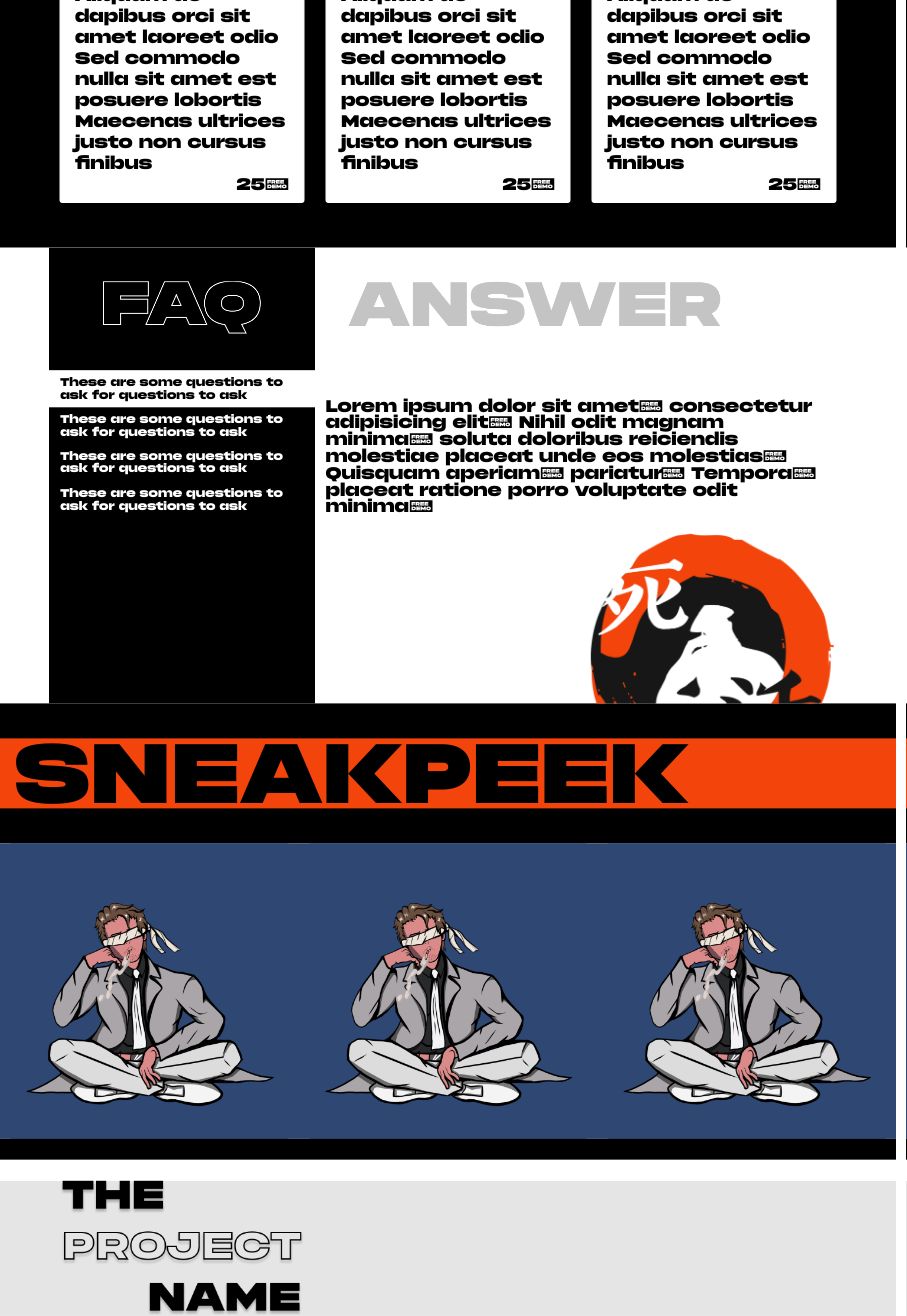
Repository: danishmahmoodawan/Sneakpeak
Page: /
These files come from the project's save history. The page is drawn as it stood at one moment and after the next save; the edit follows.
The browser window is 1280 px wide. The page is 1295 px wide, so the pictures cover 1295 px, including what lies to the right of the window. The pictures show the part of the page from y = 1347 to 3227 px (the page is 3227 px tall), at 70% of full size.
The project was rebuilt for these pictures with package versions that can differ from the ones it lists, and the page was loaded fresh each time.

Above is the page before, as saved 2022-02-28 22:12:02.

### public/index.html
<!DOCTYPE html>
<html lang="en">
  <head>
    <meta charset="utf-8" />
    <meta name="viewport" content="width=device-width, initial-scale=1" />
    <link rel="stylesheet" href="https://cdnjs.cloudflare.com/ajax/libs/twitter-bootstrap/4.6.0/css/bootstrap.min.css">
	<link rel="stylesheet" href="https://cdnjs.cloudflare.com/ajax/libs/font-awesome/5.15.4/css/all.min.css">
	<link rel="stylesheet" href="assets/css/style.css">
	<title>SneakPeak</title>
  </head>
  <body>
    <noscript>You need to enable JavaScript to run this app.</noscript>
    <div id="root"></div>
	<script src="https://cdnjs.cloudflare.com/ajax/libs/jquery/3.5.1/jquery.slim.min.js"></script>
	<script src="https://cdnjs.cloudflare.com/ajax/libs/popper.js/1.16.1/umd/popper.min.js"></script>
  <script src="https://cdnjs.cloudflare.com/ajax/libs/twitter-bootstrap/4.6.0/js/bootstrap.min.js"></script>
  <link rel="stylesheet" href="https://fonts.googleapis.com/css2?family=Inter:wght@100;200;300;400;500;600;700;800;900&display=swap"/>
  <link rel="stylesheet" href="https://fonts.googleapis.com/css2?family=VT323:wght@400&display=swap"/>
  </body>
</html>

### src/App.js
import Home from "./pages/Home";

function App() {
  return (
    <div>
      <Home />
    </div>
  );
}

export default App;

### src/pages/Home.js

import { useState, useEffect } from 'react';
function Home() {

  return (
   <>
 <section className="top_section">
            <div className="container">
                <div className="row">
                    <div className="col-12 text-center top_image">
                        <div className="social_div">
                            <img src="assets/images/ICON_INSTA24.png" alt="ICON_INSTA24" className="desktop_image"/>
                            <img src="assets/images/ICON_MEDIUM25.png" alt="ICON_MEDIUM25" className="desktop_image"/>
                            <img src="assets/images/ICON_OS26.png" alt="ICON_OS26" className="desktop_image"/>
                            <img src="assets/images/ICON_TWITTER27.png" alt="ICON_TWITTER27" className="desktop_image"/>
                            <img src="assets/images/ICON_DISCORD28.png" alt="ICON_DISCORD28" className="desktop_image"/>
                        </div>
                    </div>
                </div>
            </div>
        </section>
        <section className="first_section"></section>

        <section className="second_section">
            <div className="container">
                <div className="row d-flex align-items-center justify-content-center">
                    <div className="col-12 col-md-5 left_sec_col img_col">
                        <div className="row">
                          <div className="col-12 right_inner_sec_col row_set_whi">
                                <div className="row">
                                    <div className="col-4 col_white">
                                        <p>PRICE</p>
                                    </div>
                                    <div className="col-8 col_black">
                                        <p>0.15 Ξ</p>
                                    </div>
                                </div>
                                <div className="row">
                                    <div className="col-4 col_white">
                                        <p>TOTAL</p>
                                    </div>
                                    <div className="col-8 col_black">
                                        <p>1125 / 3333</p>
                                    </div>
                                </div>
                                <div className="row">
                                    <div className="col-4 col_white">
                                        <p>LIMIT</p>
                                    </div>
                                    <div className="col-8 col_black">
                                        <p>5 PER TX</p>
                                    </div>
                                </div>
                            </div>
                        </div>

                    </div>
                    <div className="col-12 col-md-2 left_sec_col text-center">
                        <div className="row"><div className="col-12 icon_size p-0"> <a href="#" target={{target:"_blank"}}> <svg xmlns="http://www.w3.org/2000/svg" width="50" height="40" fill="currentColor" class="bi bi-chevron-compact-up" viewBox="0 0 16 16">
  <path fill-rule="evenodd" d="M7.776 5.553a.5.5 0 0 1 .448 0l6 3a.5.5 0 1 1-.448.894L8 6.56 2.224 9.447a.5.5 0 1 1-.448-.894l6-3z"/>
</svg></a></div>
 </div>
                        <div className="row"><div className="col-12 icon_size p-0"><span class="counts"> 5 </span></div> </div>
                        <div className="row"><div className="col-12 icon_size p-0"><a href="#" target={{target:"_blank"}}> <svg xmlns="http://www.w3.org/2000/svg" width="50" height="40" fill="currentColor" class="bi bi-chevron-compact-down" viewBox="0 0 16 16">
  <path fill-rule="evenodd" d="M1.553 6.776a.5.5 0 0 1 .67-.223L8 9.44l5.776-2.888a.5.5 0 1 1 .448.894l-6 3a.5.5 0 0 1-.448 0l-6-3a.5.5 0 0 1-.223-.67z"/>
</svg></a></div>
 </div>
                    </div>
                    <div className="col-12 col-md-2 mintbtns right_col">
                    <button classname=" m-2">MINT <br /> NOW</button>
                    </div>
                </div>
            </div>
        </section>

        <section className="third_section roadmapSec">
            <div className="container">
                <div className="row third_row">
                <div className="col-12 "><h1>ROADMAP</h1></div>
                 </div>
                 <div className="row set_map">
                 <div className="col-sm-12 col-md-4">
                 <div className="btn map_one maptwo btn-primary position-relative">
             <p>    Lorem ipsum dolor sit amet consectetur adipiscing elit Aliquam ac dapibus orci sit amet laoreet odio Sed commodo nulla sit amet est posuere lobortis Maecenas ultrices justo non cursus finibus </p>
  <span class="position-absolute top-0 start-100 translate-middle badge rounded-pill set_ict">
  <img src="assets/images/01.png" alt="PREVIEW_Artboard321293" className="desktop122_image" />
  </span>
  <p className="text-right">25%</p>
</div>
                 </div>
                 <div className="col-sm-12 col-md-4">
                 <div className="btn map_one maptwo btn-primary position-relative">
             <p>    Lorem ipsum dolor sit amet consectetur adipiscing elit Aliquam ac dapibus orci sit amet laoreet odio Sed commodo nulla sit amet est posuere lobortis Maecenas ultrices justo non cursus finibus </p>
  <span class="position-absolute top-0 start-100 translate-middle badge rounded-pill set_ict">
  <img src="assets/images/02.png" alt="PREVIEW_Artboard321293" className="desktop122_image" />
  </span>
  <p className="text-right">25%</p>
</div>
                 </div>
                 <div className="col-sm-12 col-md-4">
                 <div className="btn map_one maptwo btn-primary position-relative">
             <p>    Lorem ipsum dolor sit amet consectetur adipiscing elit Aliquam ac dapibus orci sit amet laoreet odio Sed commodo nulla sit amet est posuere lobortis Maecenas ultrices justo non cursus finibus </p>
  <span class="position-absolute top-0 start-100 translate-middle badge rounded-pill set_ict">
  <img src="assets/images/03.png" alt="PREVIEW_Artboard321293" className="desktop122_image" />
  </span>
  <p className="text-right">25%</p>
</div>
                 </div>
                 </div>
             </div>
        </section>
        <section className="forth_section faq_container">
            <div className="container">
            <div className="row">
            <div className="col-4 faq_col p-5">
            <img src="assets/images/faq.png" alt="PREVIEW_Artboard321293" className="desktop122_image" />
</div>
            <div className="col-8 p-5">
            <img src="assets/images/answer.png" alt="PREVIEW_Artboard321293" className="desktop122_image" />
            </div>
            </div>



<div className="row">
<div className="col-md-4 bg_link faq_tabss p-0">

    <ul className="nav md-pills pills-secondary d-flex flex-column">
      <li className="nav-item">
        <a className="nav-link active" data-toggle="tab" href="#panel11" role="tab">These are some questions to ask for questions to ask</a>
      </li>
      <li className="nav-item">
        <a className="nav-link" data-toggle="tab" href="#panel12" role="tab">These are some questions to ask for questions to ask</a>
      </li>
      <li className="nav-item">
        <a className="nav-link" data-toggle="tab" href="#panel13" role="tab">These are some questions to ask for questions to ask</a>
      </li>
      <li className="nav-item">
        <a className="nav-link" data-toggle="tab" href="#panel14" role="tab">These are some questions to ask for questions to ask</a>
      </li>
    </ul>

  </div>
  <div className="col-md-8 logo_ns">

    <div className="tab-content pt-0">

      <div className="tab-pane fade in show active" id="panel11" role="tabpanel">
        <br />

        <p>Lorem ipsum dolor sit amet, consectetur adipisicing elit. Nihil odit magnam minima, soluta doloribus
          reiciendis molestiae placeat unde eos molestias. Quisquam aperiam, pariatur. Tempora, placeat ratione
          porro voluptate odit minima.</p>
          <img src="assets/images/logo_set.png" alt="LOGO" className="desktop122_image" />


      </div>
      <div className="tab-pane fade" id="panel12" role="tabpanel">
        <br />

        <p>Lorem ipsum dolor sit amet, consectetur adipisicing elit. Nihil odit magnam minima, soluta doloribus
          reiciendis molestiae placeat unde eos molestias. Quisquam aperiam, pariatur. Tempora, placeat ratione
          porro voluptate odit minima.</p>
        <p>Lorem ipsum dolor sit amet, consectetur adipisicing elit. Nihil odit magnam minima, soluta doloribus
          reiciendis molestiae placeat unde eos molestias. Quisquam aperiam, pariatur. Tempora, placeat ratione
          porro voluptate odit minima.</p>

      </div>
      <div className="tab-pane fade" id="panel13" role="tabpanel">
        <br />

        <p>Lorem ipsum dolor sit amet, consectetur adipisicing elit. Nihil odit magnam minima, soluta doloribus
          reiciendis molestiae placeat unde eos molestias. Quisquam aperiam, pariatur. Tempora, placeat ratione
          porro voluptate odit minima.</p>
          <img src="assets/images/logo_set.png" alt="LOGO" className="desktop122_image" />


      </div>
      <div className="tab-pane fade" id="panel14" role="tabpanel">
        <br />

        <p>Lorem ipsum dolor sit amet, consectetur adipisicing elit. Nihil odit magnam minima, soluta doloribus
          reiciendis molestiae placeat unde eos molestias. Quisquam aperiam, pariatur. Tempora, placeat ratione
          porro voluptate odit minima.</p>
        <p>Lorem ipsum dolor sit amet, consectetur adipisicing elit. Nihil odit magnam minima, soluta doloribus
          reiciendis molestiae placeat unde eos molestias. Quisquam aperiam, pariatur. Tempora, placeat ratione
          porro voluptate odit minima.</p>

      </div>


    </div>


</div>

</div>
</div>


        </section>

        <section className="fifth_section">
            <div className="container-fluid fifth_container">
            <div className="row"><div className="col-12">
                <h2 className="road_map">SNEAKPEEK</h2>
            </div></div></div>
        </section>
        <section className="six_section">
            <div className="container-fluid">
            <div className="row">
            <div className="col-4">
            <img src="assets/images/char_img.png" alt="char_img" className="desktop122_image" />
            </div>
            <div className="col-4">
            <img src="assets/images/char_img.png" alt="char_img" className="desktop122_image" />
            </div>
            <div className="col-4">
            <img src="assets/images/char_img.png" alt="char_img" className="desktop122_image" />
            </div>

            </div>
            </div>
        </section>
        <section>
        <div className="row">
            <div className="col-12">
            <div class="empty_div"> </div>
            </div>
            <div className="col-12">
            <div class="empty_divs"> </div>
            </div>
            </div>
        </section>
        <section className="section_seven">
        <div className="container">
        <div className="row">
            <div className="col-4 ">
            <img src="assets/images/project_name.png" alt="char_img" className="desktop122_image" />
            </div>
            </div>
            </div>
        </section>

	</>
  );
}

export default Home;

### public/assets/css/style.css
html {
  font-family: Inter;
  font-size: 16px;
}
@font-face {
  font-family: 'Phonk-cont';
  src: url('../fonts/Phonk-ContrastDEMO.ttf');
}
@font-face {
  font-family: 'Phonk-regular';
  src: url('../fonts/Phonk-ReguularDEMO.ttf');
}
body {
  font-weight: 400;
  font-style:normal;
  text-decoration: none;
  text-transform: none;
  letter-spacing: normal;
  line-height: 1.15;
  color: var(--dl-color-gray-black);
  background-color: var(--dl-color-gray-white);
}
p{
  margin-bottom: 0px;
  font-family: Phonk-cont;
  font-size: 24px;
  font-style: normal;
  font-weight: 400;
  line-height: 24px;
  letter-spacing: 0em;
  text-align: left;
  color:#FFF
}
h2{
  font-family: 'Phonk-cont';
  font-style: normal;
  font-weight: normal;
  font-size: 72px;
  line-height: 72px;
  color: #FFFFFF;
  text-align: center;
  margin-bottom: 0;
}
:root {
  --dl-color-gray-500: #595959;
  --dl-color-gray-700: #999999;
  --dl-color-gray-900: #D9D9D9;
  --dl-size-size-large: 144px;
  --dl-size-size-small: 48px;
  --dl-color-danger-300: #A22020;
  --dl-color-danger-500: #BF2626;
  --dl-color-danger-700: #E14747;
  --dl-color-gray-black: #000000;
  --dl-color-gray-white: #FFFFFF;
  --dl-size-size-medium: 96px;
  --dl-size-size-xlarge: 192px;
  --dl-size-size-xsmall: 16px;
  --dl-space-space-unit: 16px;
  --dl-color-primary-100: #003EB3;
  --dl-color-primary-300: #0074F0;
  --dl-color-primary-500: #14A9FF;
  --dl-color-primary-700: #85DCFF;
  --dl-color-success-300: #199033;
  --dl-color-success-500: #32A94C;
  --dl-color-success-700: #4CC366;
  --dl-size-size-xxlarge: 288px;
  --dl-size-size-maxwidth: 1400px;
  --dl-radius-radius-round: 50%;
  --dl-space-space-halfunit: 8px;
  --dl-space-space-sixunits: 96px;
  --dl-space-space-twounits: 32px;
  --dl-radius-radius-radius2: 2px;
  --dl-radius-radius-radius4: 4px;
  --dl-radius-radius-radius8: 8px;
  --dl-space-space-fiveunits: 80px;
  --dl-space-space-fourunits: 64px;
  --dl-space-space-threeunits: 48px;
  --dl-space-space-oneandhalfunits: 24px;
}

.desktop122_image{
  width: 100%;
}
/* css start */
.top_section{
  background-color: #222222;
  padding: 10px;
}
.empty_div{
height: 30px;
background: #000;
}
.empty_divs{
height: 30px;
background: white;
}
.section_seven{
background:#E5E5E5;
}
.section_seven img{
background
}
.top_content .button{
  font-family: VT323;
  font-style: normal;
  font-weight: normal;
  font-size: 16px;
  line-height: 16px;
  color: #222222;
}
.first_section{
  background-image: url('images/banner_home.png');
  background-repeat: no-repeat;
  background-size: cover;
  height: 100vh;
  background-position: center;
}
.second_section{
  background-image: url('images/aksc.png');
    background-repeat: no-repeat;
    background-size: inherit;
    background-position: center;
    margin: -30px;
    width: 100%;
}
.third_row h1{
  font-family: Phonk-cont;
  font-style: normal;
  font-weight: 600;
  font-size: 100px;
  text-align: center;
  color: white;
}
.col_white p{
  color: #fff;
  padding: 8px 0;
  text-align: center;
}

.col_black p{
  color: #F3440B;
  padding: 8px 0;
  text-align: right;
}
.img_col{
  padding: 32px 20px !important;
}
.mintbtns button{
  background: #F3440B;
border-radius: 10px;
color: white;
padding: 44px 25px;
font-family: Phonk-cont;
font-weight: 600;
font-size: 36px;
line-height: 46px;
border-color: #F3440B;
}
.mintbtns button:hover{
  background: #bc350a;
}
.counts{
  font-family: Phonk-cont;
  font-style: normal;
  font-weight: 600;
  font-size: 55px;
  color: white;
}
.icon_size{
color: white;
}
.icon_size a{
  color: white;
}
.icon_size a:hover{
  color: #F3440B;
}
.second_section .row{
  align-items: center;
}
.left_sec_col{
  background-color: #000;
  padding: 20px 15px;
  border-radius: 10px;
  margin-left: 10px;
  margin-right: 10px;
}
.second_section .right_sec_col p{
  padding-left: 30px;
}
.pluss_minus_row{
  padding: 40px;
}
.second_section a.button{
  background: linear-gradient(90.9deg, #35A9AD 0%, #9D4DB1 100%);
  color: #FFF;
  font-family: VT323;
  display: block;
  text-decoration: none;
  max-width: 370px;
  margin: 0 auto;
  margin-top: 30px;
  cursor: pointer;
}
.map_one{
  background: #444444;
  border: 2px solid #FFFFFF;
box-sizing: border-box;
padding: 35px 20px 10px 20px;
margin-top: 16%;
}
.roadmapSec{
padding: 5% 0;
}
.maptwo{
  background: white;
}
.maptwo p{
  color: #000;
}
.forth_section img{
width: 80%;
}
.map_one p{
  line-height: 30px;
}
.maptwo .badge{
top: -118px !important;
}
.maptwo img{
  width: 82%;
}
.map_one .badge{
  top: -90px;
  right: -19px;

}
.set_ict{
  font-family: Phonk-cont;
  font-style: normal;
  font-weight: 600;
  font-size: 100px;
  text-align: center;
  color: white;
}
.map_one:hover{
  background: #444444;
  border: 2px solid #FFFFFF;
}
.maptwo:hover{
  background: white;
}
.map_one:active, .map_one:focus{
  background-color: #444444 !important;
  box-shadow: none !important;
  border-color: #fff !important;
}
.map_two:active, .map_two:focus{
  background-color: white !important;
  box-shadow: none !important;
  border-color: #fff !important;
}
.map_one:not(:disabled):not(.disabled){
  cursor: auto;
}
p.sol{
  color: rgba(34, 34, 34, 0.5);
  text-align: center;
  padding-top: 8px;
}
.third_section{
  background-color: black;
  padding-top: 7%;
}
.faq_container{
  background: white;
}
.faq_container h2{
  padding: 0 30px;

}
.faq_col{
background: black;
display: block;
text-align: center;
}
.bg_link{
  background: black;
}

.forth_left_col{
  background-color: #222222;
}
.forth_section p{
  margin: 20px 0;
  color: black;
}
.logo_ns img{
width: 50%;
float: right;
}
.forth_left_col p{
  background-color: #111111;
  color: #FFF;
  padding: 10px 20px;
}
.forth_right_col{
  padding-left: 100px;
}
.forth_right_col p{
  color: #111111;
}
.fifth_section{
  background: black;
  padding: 50px 0;
}
.fifth_section .container:not(:last-child) {
  background: #C4C4C4;
  max-width: 900px;
  margin: 0 auto;
  padding: 50px 30px 100px;
}

.fifth_section h2.road_map{
  font-size: 120px;
  line-height: 60px;
color:black;
text-align: left;
}
.fifth_section p{
  color: #111111;
}
.fifth_container{
background: #F3440B;
padding: 20px;
}
.six_section{
background: #2f4773;
}
.fifth_left_col{
  background-color: #FFF;
  border-right: 8px solid rgba(17, 17, 17, 0.5);
  border-bottom: 8px solid rgba(17, 17, 17, 0.5);
}
.fifth_left_col h2{
  font-size: 100px;
  line-height: 100px;
  color: #000000;
  padding: 20px;
}
.fifth_last_row .fifth_left_col{
  background: linear-gradient(90.9deg, #35A9AD 0%, #9D4DB1 100%);
  border-right: 8px solid rgba(255, 255, 255, 0.5);
  border-bottom: 8px solid rgba(255, 255, 255, 0.5);
}
.fifth_last_row .fifth_left_col h2{
  color: #FFF;
}
.logo_container{
  background-color: #FFF;
}
/* FAQ Start */
.faq_tabss a{
color: white;
font-family: Phonk-cont;
}
.faq_tabss .active{
background: white;
color: black;
}
/* FAQ STart */
/* media query */
@media only screen and (min-width: 1025px) {

}
@media only screen and (max-width: 1024px) and (min-width: 992px) {

  .first_section{
    height: 26vh;
    background-size: contain;
  }
  .right_third_col{
    background-size: cover;
  }
}

@media only screen and (max-width: 992px) and (min-width: 768px) {
  .first_section{
    height: 26vh;
  }
  .pluss_minus_row{
    padding: 25px;
  }
  .col_white p ,.col_black p{
    font-size: 18px;
  }
  .right_third_col{
    background-size: cover;
  }
}
@media only screen and (max-width: 767px) {
  h2{
    font-size: 36px;
    line-height: 42px;
  }

  .first_section {
    background-size: contain;
    height: 160px;
  }
  .top_section .col-6{
padding: 0;
  }
  .right_sec_col{
    padding-top: 30px;
  }
  .second_section p{
    padding: 0 25px;
    text-align: center;
  }
  .row_set_whi{
    margin: 10px -25px;
  }
  .footer_row .col_ew{
display: none;
  }
  .faq_container{
    padding: 35px 0 30px;
  }
  .right_third_col .container{
    position: initial
  }
  .right_third_col .container .row{
    margin-top: 20px;
  }
  .right_third_col a{
    margin-bottom: 10px;
  }
  .forth_right_col{
    padding: 0 15px ;
  }
  .forth_section{
    padding-bottom: 40px;
  }
  .fifth_section p{
    margin-top: 20px;
  }
  .fifth_section .container:not(:last-child){
    padding-bottom: 40px;
  }
  body, html{
    overflow-x: hidden;
  }
}

@media only screen and (max-width: 767px) and (min-width: 540px) {
  .first_section{
    height: 33vh;
    background-size: contain;
  }
}

Loaded but not shown: src/index.js (common file); src/index.css (common file); src/reportWebVitals.js (common file)

After the next save:
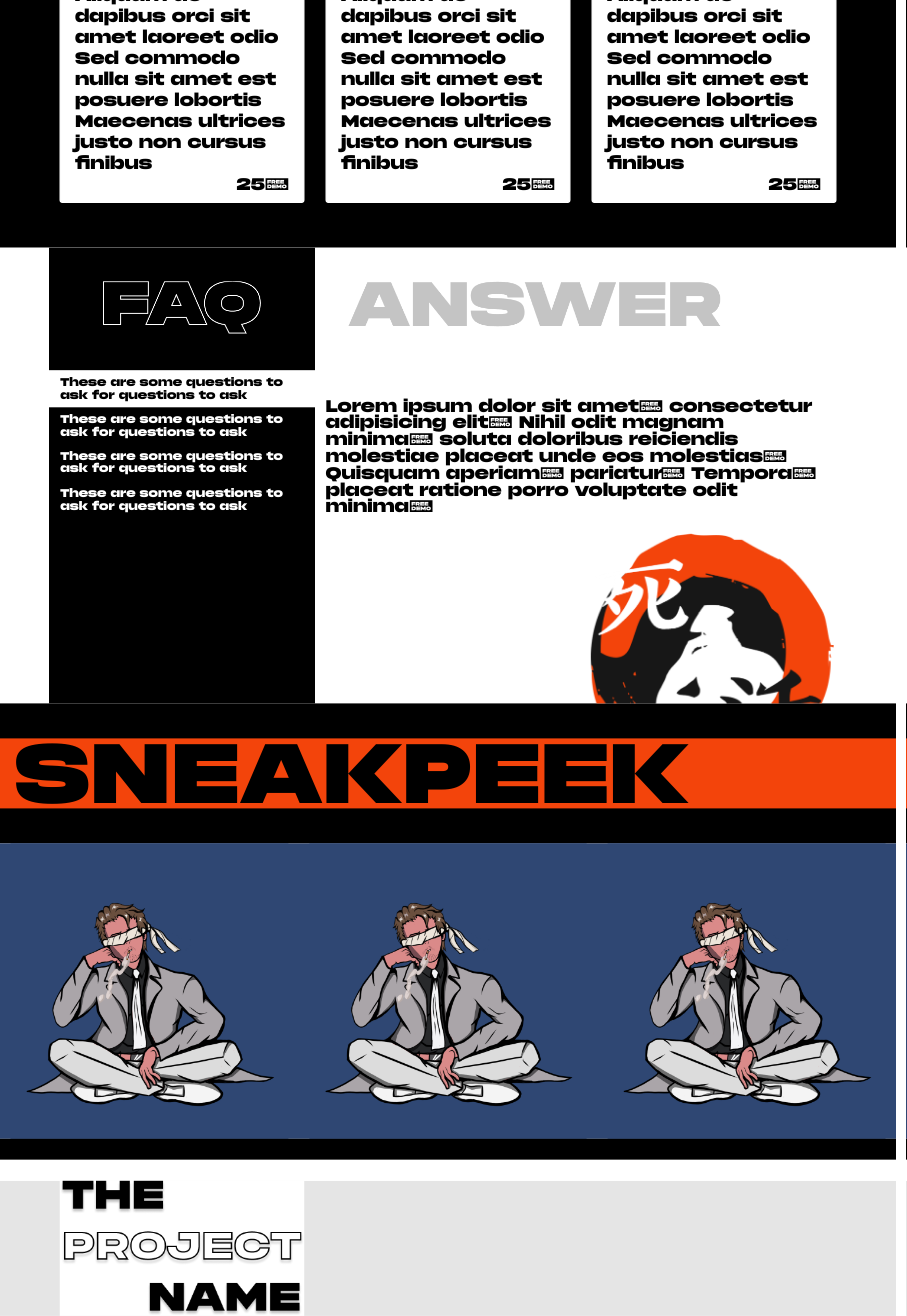
Saved 6 s later.
--- a/public/assets/css/style.css
+++ b/public/assets/css/style.css
@@ -98,7 +98,7 @@ background: white;
 background:#E5E5E5;
 }
 .section_seven img{
-background
+background: white;
 }
 .top_content .button{
   font-family: VT323;
